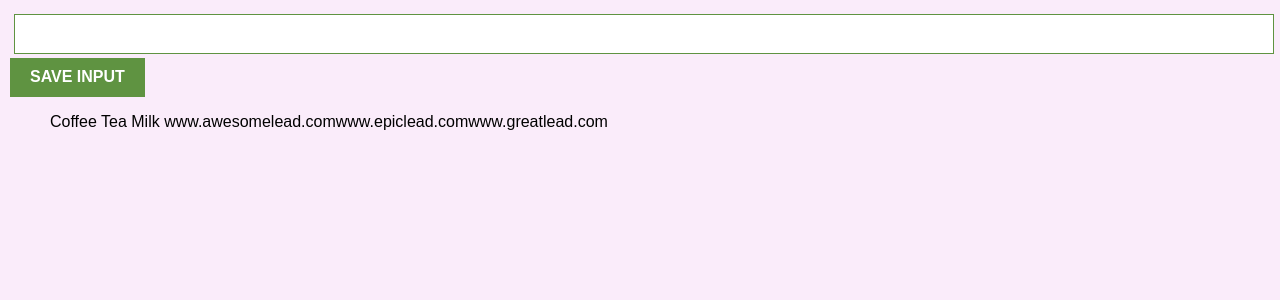
Repository: jt010051/chromeExtension
Page: index.html
These files come from the project's save history. The page is drawn as it stood at one moment and after the next save; the edit follows.
The browser window is 1280 px wide. The pictures show the whole page.

Above is the page before, as saved 2022-02-27 18:12:52.

### index.html
<html>
    <head><link rel="stylesheet" href="https://cdnjs.cloudflare.com/ajax/libs/normalize/8.0.1/normalize.css">
        <link rel="stylesheet" href="index.css">
    </head>
    <body>
        <input type="text" id="input-el">
        <button id="input-btn">SAVE INPUT</button>
        <ul id="ul-el">
            <li>Coffee</li>
            <li>Tea</li>
            <li>Milk</li>
          </ul>
        <script src="index.js"></script>
    </body>
</html>

### index.css
body {
    margin: 0;
    padding: 10px;
    font-family: Arial, Helvetica, sans-serif;
background-color: rgb(250, 236, 250);}




input {
    width: 100%;
   padding: 10px;

    box-sizing: border-box;
    border: 1px solid #5f9341;

    margin: 4px;
}

button {
   background: #5f9341;
   color: white;
padding:10px 20px;

    font-weight: bold;
    border: none;

}

### index.js

let myLeads=["www.awesomelead.com", "www.epiclead.com", "www.greatlead.com"]
const inputEl=document.getElementById("input-el")
const inputBtn = document.getElementById("input-btn")

const ulEl = document.getElementById("ul-el")

console.log(ulEl)
inputBtn.addEventListener("click", function(){
myLeads.push(inputEl.value)
console.log(myLeads)
})

for(let i = 0; i<myLeads.length; i++){
ulEl.textContent += myLeads[i]

}

After the next save:
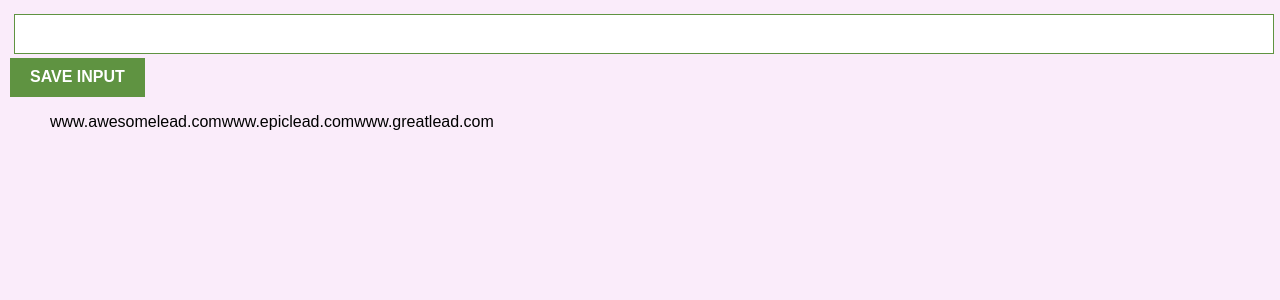
Saved 17 s later.
--- a/index.html
+++ b/index.html
@@ -5,11 +5,7 @@
     <body>
         <input type="text" id="input-el">
         <button id="input-btn">SAVE INPUT</button>
-        <ul id="ul-el">
-            <li>Coffee</li>
-            <li>Tea</li>
-            <li>Milk</li>
-          </ul>
+        <ul id="ul-el"></ul>
         <script src="index.js"></script>
     </body>
 </html>
